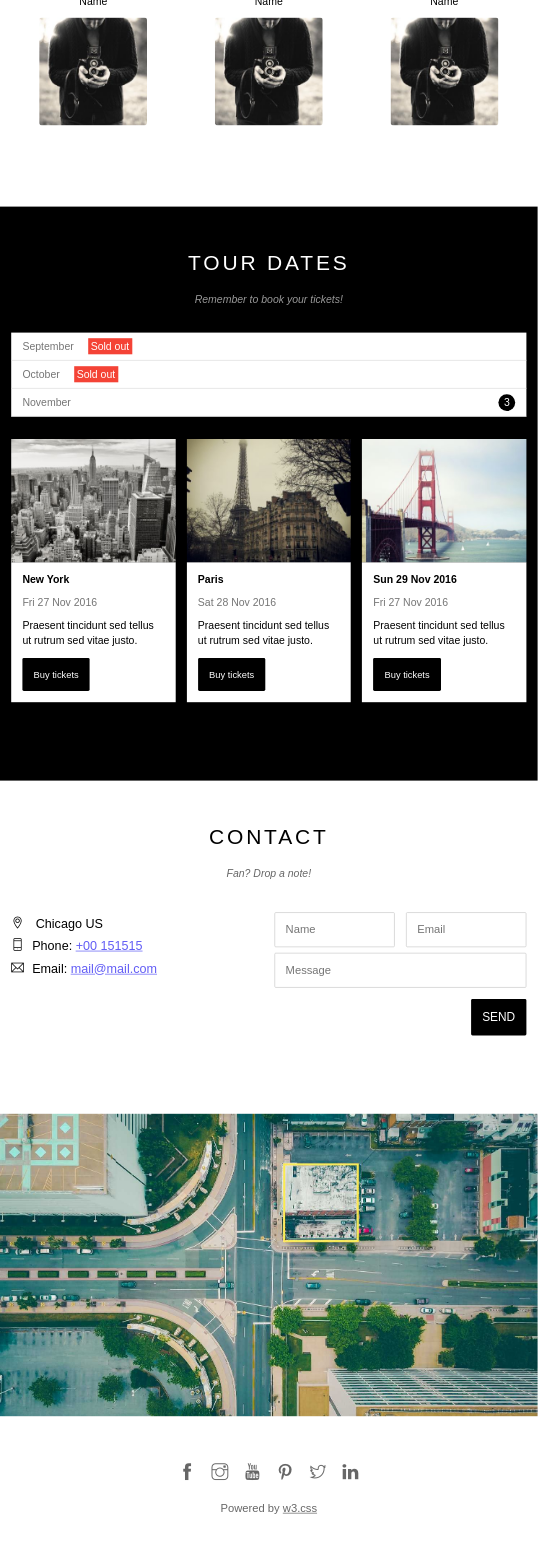
Repository: Phunobita/The-band-w3school
Page: index.html
These files come from the project's save history. The page is drawn as it stood at one moment and after the next save; the edit follows.
The browser window is 768 px wide. The pictures show the part of the page from y = 813 to 3053 px (the page is 3053 px tall before and 3048 px after), at 70% of full size.

Above is the page before, as saved 2021-12-04 21:27:17.

After the next save:
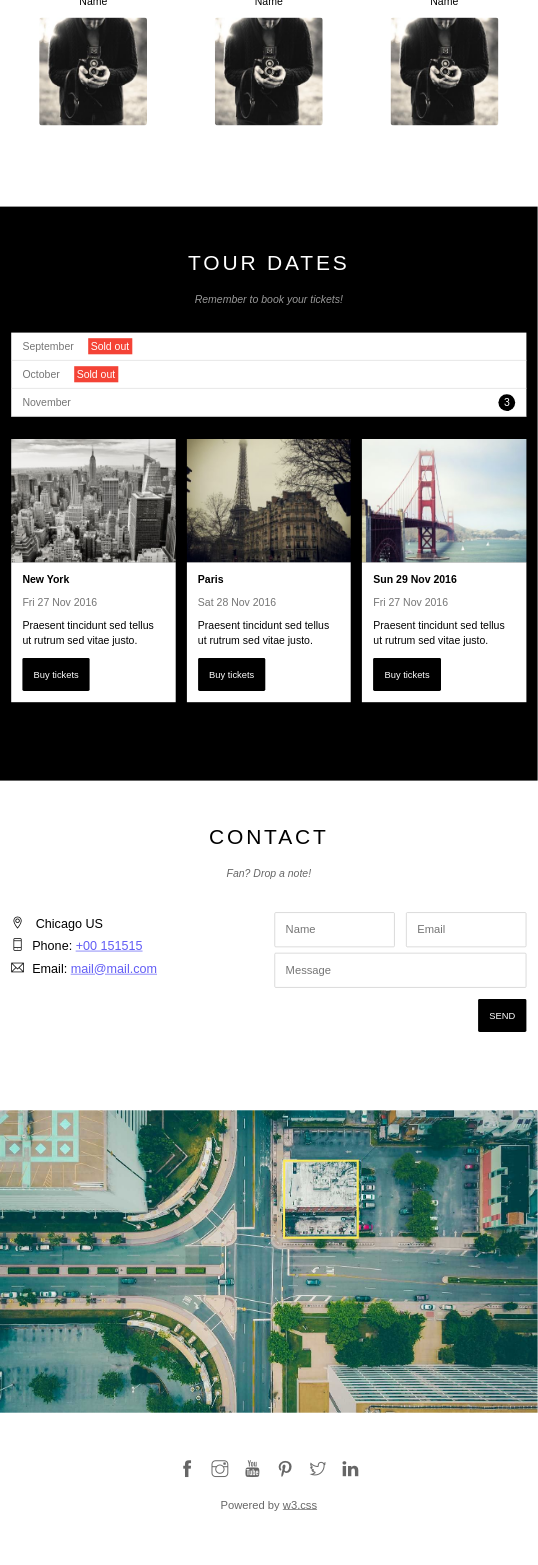
Saved 15 s later.
--- a/assets/css/responsive.css
+++ b/assets/css/responsive.css
@@ -24,10 +24,6 @@
   .contact-form .form-control {
     padding: 15px;
     font-size: 16px;
-  }
-
-  .contact-submit-btn {
-    font-size: 17px;
   }
 
   .social-list {
